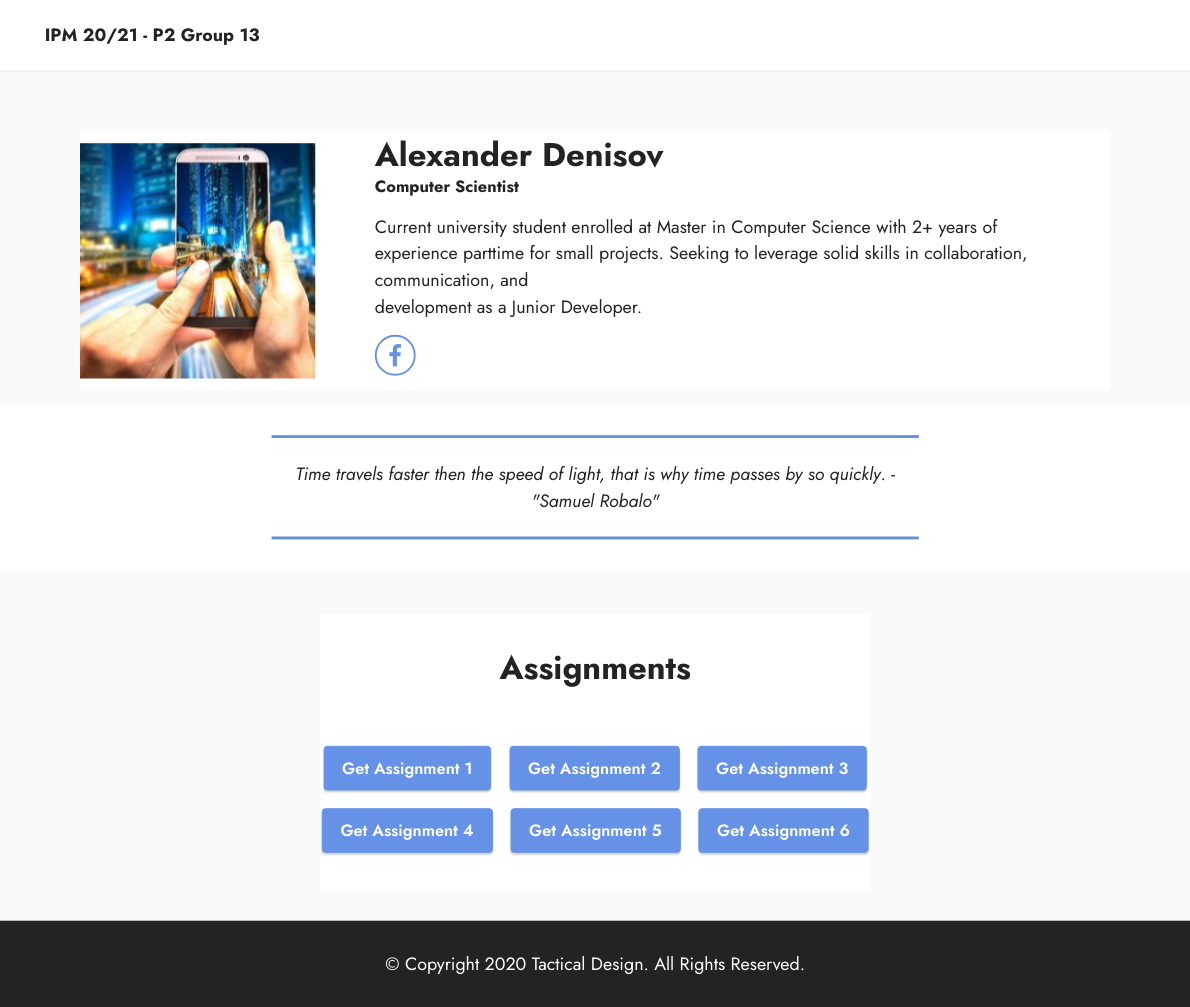
Repository: denisov93/tacticaldesign
Page: page2.html
An editor plug-in stored every save of this project. The page is shown before and after the next save, followed by the edit.
The browser window is 1280 px wide. The pictures show the whole page, at 93% of full size.

Above is the page before, as saved 2020-09-25 19:02:59.

### page2.html
<!DOCTYPE html>
<html  >
<head>
  <!-- Site made with Mobirise Website Builder v5.1.4, https://mobirise.com -->
  <meta charset="UTF-8">
  <meta http-equiv="X-UA-Compatible" content="IE=edge">
  <meta name="generator" content="Mobirise v5.1.4, mobirise.com">
  <meta name="viewport" content="width=device-width, initial-scale=1, minimum-scale=1">
  <link rel="shortcut icon" href="assets/images/fct-unl-1-700x121.png" type="image/x-icon">
  <meta name="description" content="">


  <title>About 44592</title>
  <link rel="stylesheet" href="assets/tether/tether.min.css">
  <link rel="stylesheet" href="assets/bootstrap/css/bootstrap.min.css">
  <link rel="stylesheet" href="assets/bootstrap/css/bootstrap-grid.min.css">
  <link rel="stylesheet" href="assets/bootstrap/css/bootstrap-reboot.min.css">
  <link rel="stylesheet" href="assets/dropdown/css/style.css">
  <link rel="stylesheet" href="assets/socicon/css/styles.css">
  <link rel="stylesheet" href="assets/theme/css/style.css">
  <link rel="preload" as="style" href="assets/mobirise/css/mbr-additional.css"><link rel="stylesheet" href="assets/mobirise/css/mbr-additional.css" type="text/css">




</head>
<body>

    <section class="menu cid-s48OLK6784" once="menu" id="menu1-k">

      <nav class="navbar navbar-dropdown navbar-fixed-top navbar-expand-lg">
          <div class="container-fluid">
              <div class="navbar-brand">

                  <span class="navbar-caption-wrap"><a class="navbar-caption text-black display-7" href="https://mobiri.se">IPM 20/21 - P2 Group 13</a></span>
              </div>
              <button class="navbar-toggler" type="button" data-toggle="collapse" data-target="#navbarSupportedContent" aria-controls="navbarNavAltMarkup" aria-expanded="false" aria-label="Toggle navigation">
                  <div class="hamburger">
                      <span></span>
                      <span></span>
                      <span></span>
                      <span></span>
                  </div>
              </button>
              <div class="collapse navbar-collapse" id="navbarSupportedContent">
                  <ul class="navbar-nav nav-dropdown nav-right" data-app-modern-menu="true"><li class="nav-item"><a class="nav-link link text-black text-primary display-7" href="index.html">Back to Main Page</a></li></ul>


              </div>
          </div>
      </nav>

  </section>

  <section class="team2 cid-sbrg7hMvkK" xmlns="http://www.w3.org/1999/html" id="team2-10">


      <div class="container">
          <div class="card">
              <div class="card-wrapper">
                  <div class="row align-items-center">
                      <div class="col-12 col-md-3">
                          <div class="image-wrapper">
                              <img src="assets/images/mbr-506x285.jpeg" alt="Mobirise">
                          </div>
                      </div>
                      <div class="col-12 col-md">
                          <div class="card-box">
                              <h5 class="card-title mbr-fonts-style m-0 display-5">
                                  <strong>Alexander Denisov</strong></h5>
                              <h6 class="card-subtitle mbr-fonts-style mb-3 display-4"><strong>Computer Scientist</strong></h6>
                              <p class="mbr-text mbr-fonts-style display-7">
                                Current university student enrolled at Master in Computer Science with 2+ years of experience parttime for small projects. Seeking to leverage solid skills in collaboration, communication, and
                                <br>development as a Junior Developer.
                              </p>
                              <div class="social-row display-7">
                                  <div class="soc-item">
                                      <a href="https://www.facebook.com/denisov.alexander.9/" target="_blank">
                                          <span class="mbr-iconfont socicon socicon-facebook"></span>
                                      </a>
                                  </div>




                              </div>
                          </div>
                      </div>
                  </div>
              </div>
          </div>


      </div>
  </section>

  <section class="content6 cid-sbrxQp1clU" id="content6-19">

      <div class="container-fluid">
          <div class="row justify-content-center">
              <div class="col-md-12 col-lg-7">
                  <hr class="line">
                  <p class="mbr-text align-center mbr-fonts-style my-4 display-7"><em>Time travels faster then the speed of light, that is why time passes by so quickly</em>. -<em>"Samuel Robalo"</em></p>
                  <hr class="line">
              </div>
          </div>
      </div>
  </section>

  <section class="pricing2 cid-sbryg0oYzd" id="pricing2-1b">



      <div class="container-fluid">
          <div class="row justify-content-center">
              <div class="col-12 col-md-6 align-center">
                  <div class="plan">
                      <div class="plan-header">
                          <h6 class="plan-title mbr-fonts-style mb-3 display-5">
                              <strong>Assignments</strong></h6>
                          <div class="plan-price">
                              <p class="price mbr-fonts-style m-0 display-7"></p>
                              <p class="price-term mbr-fonts-style mb-3 display-7"></p>
                          </div>
                      </div>
                      <div class="plan-body">
                          <div class="plan-list mb-4">
                              <ul class="list-group mbr-fonts-style list-group-flush display-7"></ul>
                          </div>
                          <div class="mbr-section-btn text-center"><a href="https://mobiri.se" class="btn btn-primary display-4">Get Assignment 1</a> <a href="https://mobiri.se" class="btn btn-primary display-4">Get Assignment 2</a> <a href="https://mobiri.se" class="btn btn-primary display-4">Get Assignment 3</a> <a href="https://mobiri.se" class="btn btn-primary display-4">Get Assignment 4<br></a> <a href="https://mobiri.se" class="btn btn-primary display-4">Get Assignment 5<br></a> <a href="https://mobiri.se" class="btn btn-primary display-4">Get Assignment 6<br></a></div>
                      </div>
                  </div>
              </div>



          </div>
      </div>
  </section>

  <section class="footer3 cid-s48P1Icc8J" once="footers" id="footer3-l">
      <div class="container">
          <div class="media-container-row align-center mbr-white">
              <div class="row row-copirayt">
                  <p class="mbr-text mb-0 mbr-fonts-style mbr-white align-center display-7">
                      © Copyright 2020 Tactical Design. All Rights Reserved.
                  </p>
              </div>
          </div>
      </div>
  </section>
  </body>
</html>

### assets/dropdown/css/style.css
.navbar-dropdown {
  left: 0;
  padding: 0;
  position: absolute;
  right: 0;
  top: 0;
  transition: all 0.45s ease;
  z-index: 1030;
  background: #282828; }
  .navbar-dropdown .navbar-logo {
    margin-right: 0.8rem;
    transition: margin 0.3s ease-in-out;
    vertical-align: middle; }
    .navbar-dropdown .navbar-logo img {
      height: 3.125rem;
      transition: all 0.3s ease-in-out; }
    .navbar-dropdown .navbar-logo.mbr-iconfont {
      font-size: 3.125rem;
      line-height: 3.125rem; }
  .navbar-dropdown .navbar-caption {
    font-weight: 700;
    white-space: normal;
    vertical-align: -4px;
    line-height: 3.125rem !important; }
    .navbar-dropdown .navbar-caption, .navbar-dropdown .navbar-caption:hover {
      color: inherit;
      text-decoration: none; }
  .navbar-dropdown .mbr-iconfont + .navbar-caption {
    vertical-align: -1px; }
  .navbar-dropdown.navbar-fixed-top {
    position: fixed; }
  .navbar-dropdown .navbar-brand span {
    vertical-align: -4px; }
  .navbar-dropdown.bg-color.transparent {
    background: none; }
  .navbar-dropdown.navbar-short .navbar-brand {
    padding: 0.625rem 0; }
    .navbar-dropdown.navbar-short .navbar-brand span {
      vertical-align: -1px; }
  .navbar-dropdown.navbar-short .navbar-caption {
    line-height: 2.375rem !important;
    vertical-align: -2px; }
  .navbar-dropdown.navbar-short .navbar-logo {
    margin-right: 0.5rem; }
    .navbar-dropdown.navbar-short .navbar-logo img {
      height: 2.375rem; }
    .navbar-dropdown.navbar-short .navbar-logo.mbr-iconfont {
      font-size: 2.375rem;
      line-height: 2.375rem; }
  .navbar-dropdown.navbar-short .mbr-table-cell {
    height: 3.625rem; }
  .navbar-dropdown .navbar-close {
    left: 0.6875rem;
    position: fixed;
    top: 0.75rem;
    z-index: 1000; }
  .navbar-dropdown .hamburger-icon {
    content: "";
    display: inline-block;
    vertical-align: middle;
    width: 16px;
    -webkit-box-shadow: 0 -6px 0 1px #282828,0 0 0 1px #282828,0 6px 0 1px #282828;
    -moz-box-shadow: 0 -6px 0 1px #282828,0 0 0 1px #282828,0 6px 0 1px #282828;
    box-shadow: 0 -6px 0 1px #282828,0 0 0 1px #282828,0 6px 0 1px #282828; }

.dropdown-menu .dropdown-toggle[data-toggle="dropdown-submenu"]::after {
  border-bottom: 0.35em solid transparent;
  border-left: 0.35em solid;
  border-right: 0;
  border-top: 0.35em solid transparent;
  margin-left: 0.3rem; }

.dropdown-menu .dropdown-item:focus {
  outline: 0; }

.nav-dropdown {
  font-size: 0.75rem;
  font-weight: 500;
  height: auto !important; }
  .nav-dropdown .nav-btn {
    padding-left: 1rem; }
  .nav-dropdown .link {
    margin: .667em 1.667em;
    font-weight: 500;
    padding: 0;
    transition: color .2s ease-in-out; }
    .nav-dropdown .link.dropdown-toggle {
      margin-right: 2.583em; }
      .nav-dropdown .link.dropdown-toggle::after {
        margin-left: .25rem;
        border-top: 0.35em solid;
        border-right: 0.35em solid transparent;
        border-left: 0.35em solid transparent;
        border-bottom: 0; }
      .nav-dropdown .link.dropdown-toggle[aria-expanded="true"] {
        margin: 0;
        padding: 0.667em 3.263em  0.667em 1.667em; }
  .nav-dropdown .link::after,
  .nav-dropdown .dropdown-item::after {
    color: inherit; }
  .nav-dropdown .btn {
    font-size: 0.75rem;
    font-weight: 700;
    letter-spacing: 0;
    margin-bottom: 0;
    padding-left: 1.25rem;
    padding-right: 1.25rem; }
  .nav-dropdown .dropdown-menu {
    border-radius: 0;
    border: 0;
    left: 0;
    margin: 0;
    padding-bottom: 1.25rem;
    padding-top: 1.25rem;
    position: relative; }
  .nav-dropdown .dropdown-submenu {
    margin-left: 0.125rem;
    top: 0; }
  .nav-dropdown .dropdown-item {
    font-weight: 500;
    line-height: 2;
    padding: 0.3846em 4.615em 0.3846em 1.5385em;
    position: relative;
    transition: color .2s ease-in-out, background-color .2s ease-in-out; }
    .nav-dropdown .dropdown-item::after {
      margin-top: -0.3077em;
      position: absolute;
      right: 1.1538em;
      top: 50%; }
    .nav-dropdown .dropdown-item:focus, .nav-dropdown .dropdown-item:hover {
      background: none; }

@media (max-width: 767px) {
  .nav-dropdown.navbar-toggleable-sm {
    bottom: 0;
    display: none;
    left: 0;
    overflow-x: hidden;
    position: fixed;
    top: 0;
    transform: translateX(-100%);
    -ms-transform: translateX(-100%);
    -webkit-transform: translateX(-100%);
    width: 18.75rem;
    z-index: 999; } }
.nav-dropdown.navbar-toggleable-xl {
  bottom: 0;
  display: none;
  left: 0;
  overflow-x: hidden;
  position: fixed;
  top: 0;
  transform: translateX(-100%);
  -ms-transform: translateX(-100%);
  -webkit-transform: translateX(-100%);
  width: 18.75rem;
  z-index: 999; }

.nav-dropdown-sm {
  display: block !important;
  overflow-x: hidden;
  overflow: auto;
  padding-top: 3.875rem; }
  .nav-dropdown-sm::after {
    content: "";
    display: block;
    height: 3rem;
    width: 100%; }
  .nav-dropdown-sm.collapse.in ~ .navbar-close {
    display: block !important; }
  .nav-dropdown-sm.collapsing, .nav-dropdown-sm.collapse.in {
    transform: translateX(0);
    -ms-transform: translateX(0);
    -webkit-transform: translateX(0);
    transition: all 0.25s ease-out;
    -webkit-transition: all 0.25s ease-out;
    background: #282828; }
  .nav-dropdown-sm.collapsing[aria-expanded="false"] {
    transform: translateX(-100%);
    -ms-transform: translateX(-100%);
    -webkit-transform: translateX(-100%); }
  .nav-dropdown-sm .nav-item {
    display: block;
    margin-left: 0 !important;
    padding-left: 0; }
  .nav-dropdown-sm .link,
  .nav-dropdown-sm .dropdown-item {
    border-top: 1px dotted rgba(255, 255, 255, 0.1);
    font-size: 0.8125rem;
    line-height: 1.6;
    margin: 0 !important;
    padding: 0.875rem 2.4rem 0.875rem 1.5625rem !important;
    position: relative;
    white-space: normal; }
    .nav-dropdown-sm .link:focus, .nav-dropdown-sm .link:hover,
    .nav-dropdown-sm .dropdown-item:focus,
    .nav-dropdown-sm .dropdown-item:hover {
      background: rgba(0, 0, 0, 0.2) !important;
      color: #c0a375; }
  .nav-dropdown-sm .nav-btn {
    position: relative;
    padding: 1.5625rem 1.5625rem 0 1.5625rem; }
    .nav-dropdown-sm .nav-btn::before {
      border-top: 1px dotted rgba(255, 255, 255, 0.1);
      content: "";
      left: 0;
      position: absolute;
      top: 0;
      width: 100%; }
    .nav-dropdown-sm .nav-btn + .nav-btn {
      padding-top: 0.625rem; }
      .nav-dropdown-sm .nav-btn + .nav-btn::before {
        display: none; }
  .nav-dropdown-sm .btn {
    padding: 0.625rem 0; }
  .nav-dropdown-sm .dropdown-toggle[data-toggle="dropdown-submenu"]::after {
    margin-left: .25rem;
    border-top: 0.35em solid;
    border-right: 0.35em solid transparent;
    border-left: 0.35em solid transparent;
    border-bottom: 0; }
  .nav-dropdown-sm .dropdown-toggle[data-toggle="dropdown-submenu"][aria-expanded="true"]::after {
    border-top: 0;
    border-right: 0.35em solid transparent;
    border-left: 0.35em solid transparent;
    border-bottom: 0.35em solid; }
  .nav-dropdown-sm .dropdown-menu {
    margin: 0;
    padding: 0;
    position: relative;
    top: 0;
    left: 0;
    width: 100%;
    border: 0;
    float: none;
    border-radius: 0;
    background: none; }
  .nav-dropdown-sm .dropdown-submenu {
    left: 100%;
    margin-left: 0.125rem;
    margin-top: -1.25rem;
    top: 0; }

.navbar-toggleable-sm .nav-dropdown .dropdown-menu {
  position: absolute; }

.navbar-toggleable-sm .nav-dropdown .dropdown-submenu {
  left: 100%;
  margin-left: 0.125rem;
  margin-top: -1.25rem;
  top: 0; }

.navbar-toggleable-sm.opened .nav-dropdown .dropdown-menu {
  position: relative; }

.navbar-toggleable-sm.opened .nav-dropdown .dropdown-submenu {
  left: 0;
  margin-left: 00rem;
  margin-top: 0rem;
  top: 0; }

.is-builder .nav-dropdown.collapsing {
  transition: none !important; }

/*# sourceMappingURL=style.css.map */

Loaded but not shown: assets/tether/tether.min.css (common file); assets/bootstrap/css/bootstrap.min.css (library); assets/bootstrap/css/bootstrap-grid.min.css (library); assets/bootstrap/css/bootstrap-reboot.min.css (library); assets/mobirise/css/mbr-additional.css (3951 lines, source omitted); assets/socicon/css/styles.css (933 lines, source omitted); assets/theme/css/style.css (958 lines, source omitted)

After the next save:
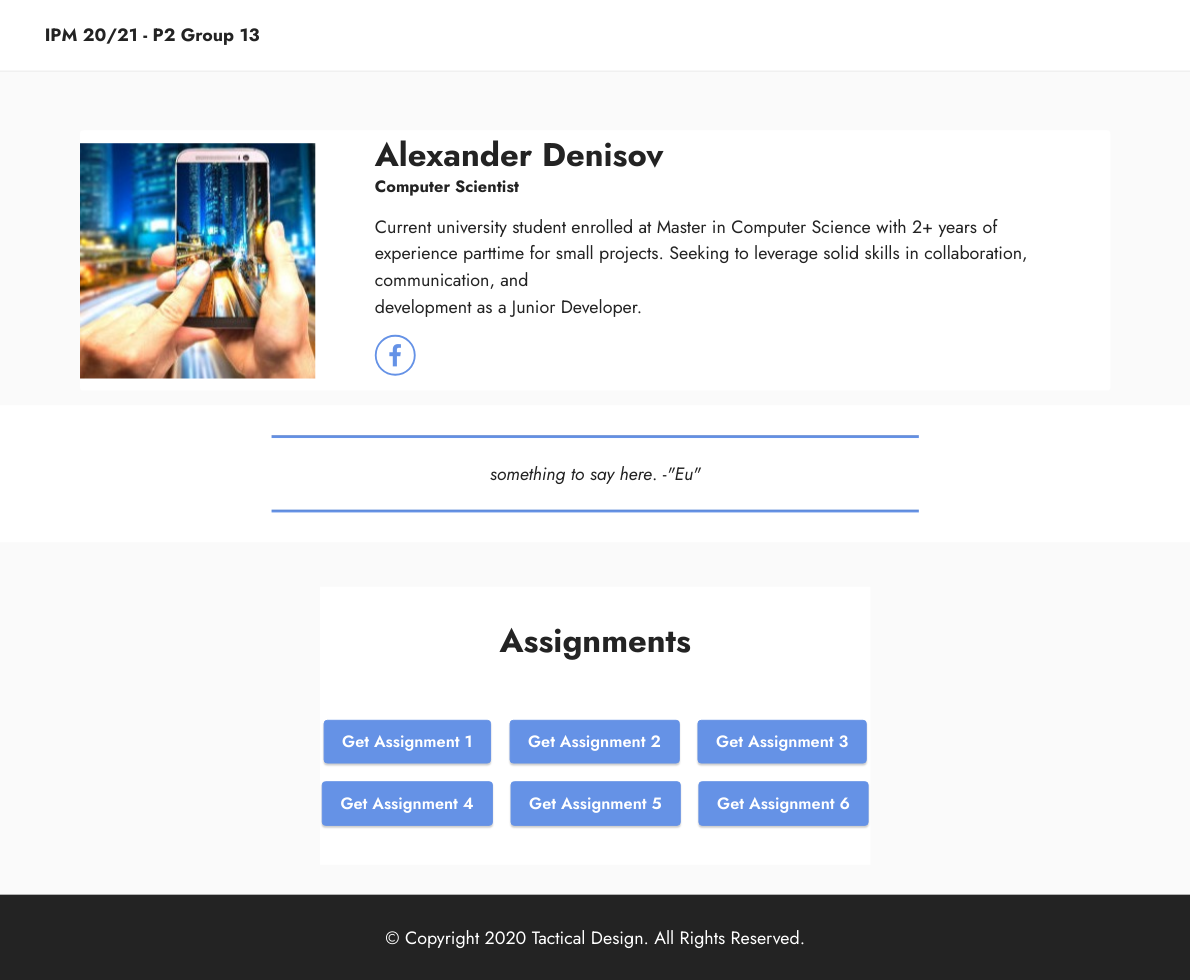
Saved 21 min 22 s later.
--- a/page2.html
+++ b/page2.html
@@ -100,7 +100,7 @@
           <div class="row justify-content-center">
               <div class="col-md-12 col-lg-7">
                   <hr class="line">
-                  <p class="mbr-text align-center mbr-fonts-style my-4 display-7"><em>Time travels faster then the speed of light, that is why time passes by so quickly</em>. -<em>"Samuel Robalo"</em></p>
+                  <p class="mbr-text align-center mbr-fonts-style my-4 display-7"><em>something to say here</em>. -<em>"Eu"</em></p>
                   <hr class="line">
               </div>
           </div>
